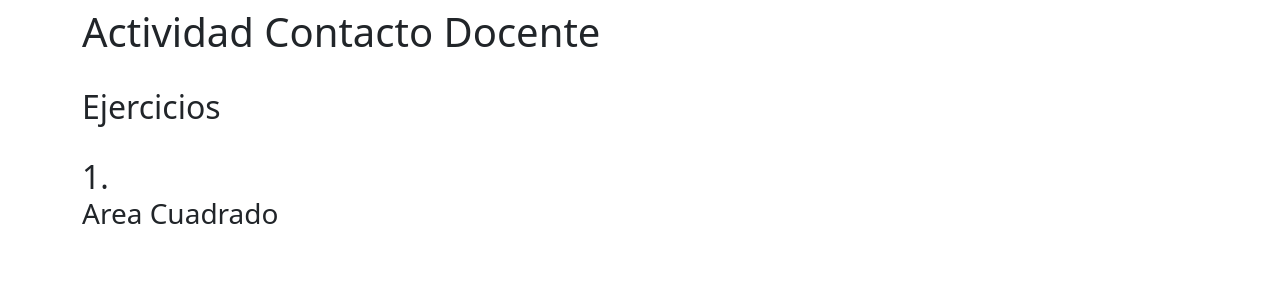
Repository: Jchimbo99/Actvidad1
Page: / (app in typescript-actividad/)
These files come from the project's save history. The page is drawn as it stood at one moment and after a run of saves; the edit follows.
The browser window is 1280 px wide. The pictures show the whole page.
The project was rebuilt for these pictures with package versions that can differ from the ones it lists, and the page was loaded fresh each time. Also part of the build but not shown: typescript-actividad/vite.config.ts.

Above is the page before, as saved 2025-01-22 20:28:43.

After the next 3 saves:
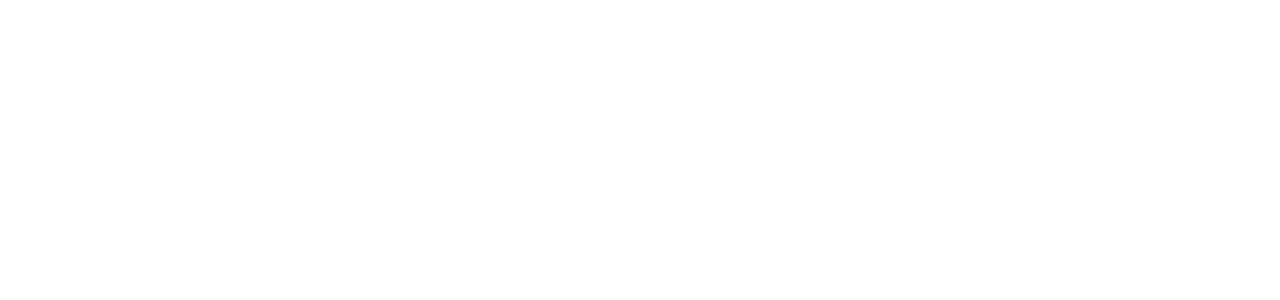
Console error: ReferenceError: AreaCuadrado1 is not defined
The 3 saves are shown as one change because they came seconds apart.
The last was saved 23 s later.
--- a/typescript-actividad/src/App.tsx
+++ b/typescript-actividad/src/App.tsx
@@ -8,7 +8,7 @@
       <br />
       <h2>Ejercicios</h2>
       <br />
-      <h2>1.<AreaCuadrado/></h2>
+      <h2><AreaCuadrado1.AreaCuadrado/></h2>
 
       </div>
   )

After the save that followed:
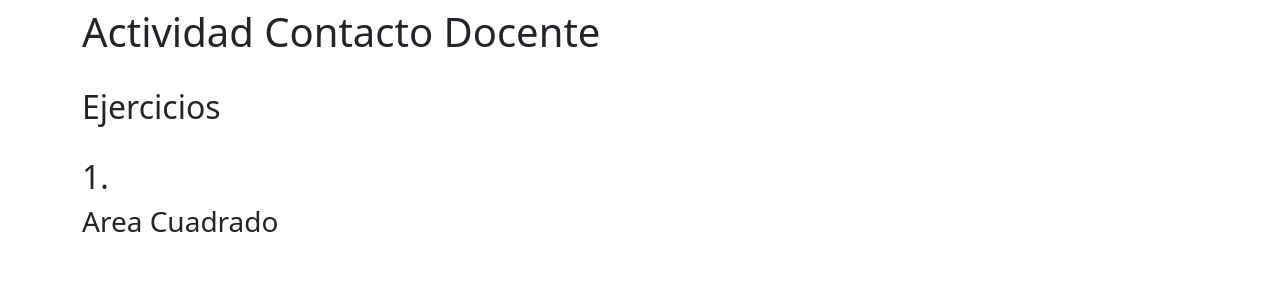
The error is gone.
Saved 9 s later.
--- a/typescript-actividad/src/App.tsx
+++ b/typescript-actividad/src/App.tsx
@@ -8,8 +8,8 @@
       <br />
       <h2>Ejercicios</h2>
       <br />
-      <h2><AreaCuadrado1.AreaCuadrado/></h2>
-
+      <h2>1.</h2>
+      <AreaCuadrado/>
       </div>
   )
 }
